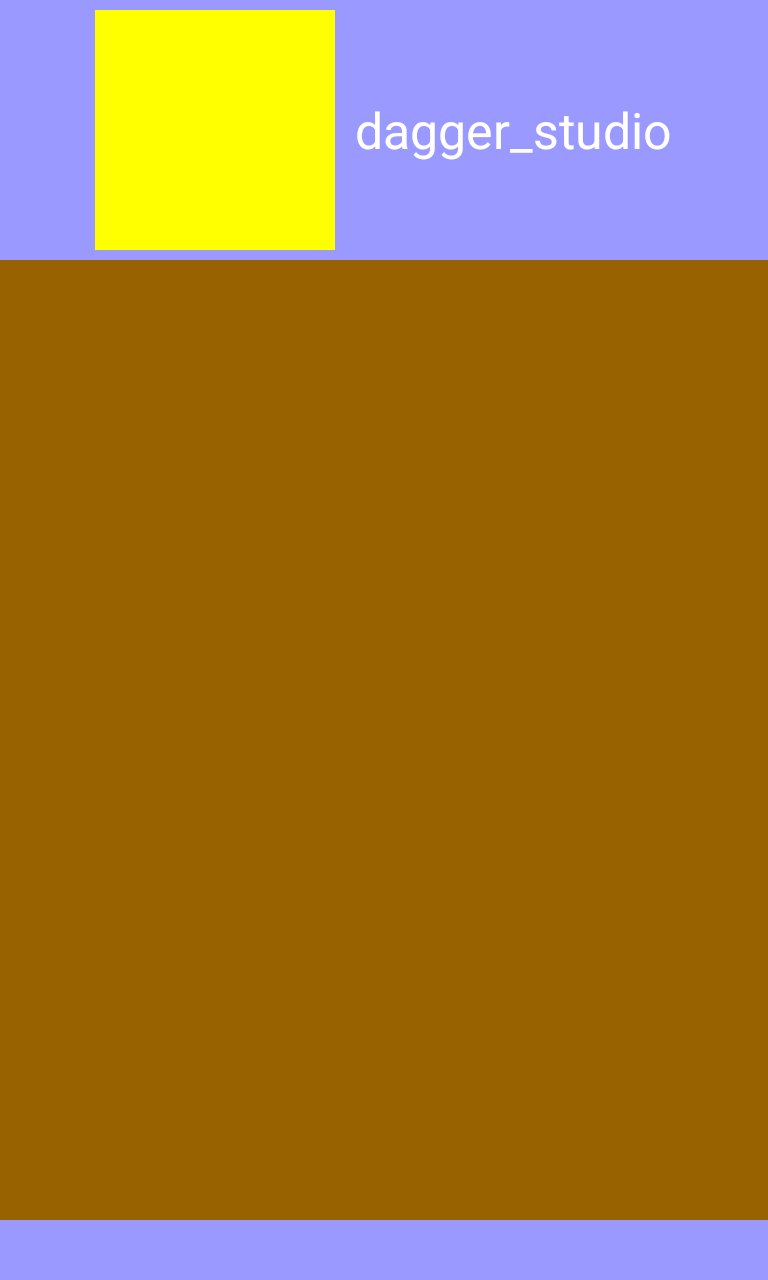
Repository: zhaoguoquan94/Purified
Layout: Android/Purified/res/layout/activity_main_drawer.xml
An editor plug-in stored every save of this project. The layout is shown before and after the next save, followed by the edit.
It is drawn on a 768 x 1280 px phone screen (xhdpi) without system bars, with theme android:Theme; the app's code is not run.

Above is the layout before, as saved 2014-06-30 23:44:56.

### Android/Purified/res/layout/activity_main_drawer.xml
<?xml version="1.0" encoding="utf-8"?>
<LinearLayout xmlns:android="http://schemas.android.com/apk/res/android"
    android:layout_width="match_parent"
    android:layout_height="match_parent"
    android:background="#9999FF"
    android:orientation="vertical" >

    <LinearLayout
        android:layout_width="wrap_content"
        android:layout_height = "130dp"
        android:id="@+id/drawer_header"
        android:layout_gravity="center"
        android:orientation="horizontal" >
        <ImageView
            android:layout_width="120dp"
            android:layout_height = "120dp"
            android:id="@+id/avatar_drawer"
            android:background="#FFFF00"
            android:layout_gravity="center"
            />
       <TextView
           android:layout_width="wrap_content"
           android:layout_height="wrap_content"
           android:id="@+id/username_drawer"
           android:text="dagger_studio"
           android:textSize="25sp"
           android:layout_marginLeft="10dp"
           android:textColor="#FFFFFF"
           android:layout_gravity="center"
           />
    </LinearLayout>
    <!-- 顶部的头像区 -->
    <!-- <ScrollView
        android:layout_width="wrap_content"
        android:layout_height="wrap_content"
        android:id="@+id/scroller_drawer"
        android:background="#0000FF"
        /> -->
    <LinearLayout
        android:layout_width="match_parent"
        android:layout_height="match_parent"
        android:id="@+id/scroller_drawer"
        android:orientation="horizontal"
        android:layout_marginBottom="30dp"
        android:background="#986200"
        ></LinearLayout>
    <!-- 中部滚动目录 -->
    <LinearLayout
        android:layout_width="match_parent"
        android:layout_height="30dp"
        android:background="#000000"
        android:orientation="horizontal"
        >
        <Button
            android:layout_width="30dp"
            android:layout_height="30dp"
            android:background="#FF0000"
            android:id="@+id/settingButton_drawer"
            android:layout_gravity="left"
            />

        <Button
            android:layout_width="30dp"
            android:layout_height="30dp"
            android:background="#00FF00"
            android:id="@+id/searchButton_drawer"
            android:layout_gravity="right"
            />
        <Button
            android:layout_width="30dp"
            android:layout_height="30dp"
            android:background="#0000FF"
            android:id="@+id/refreshButton_drawer"
            android:layout_gravity="right"
            />

    </LinearLayout>
	<!-- 底部控制元件横栏 -->
</LinearLayout>

After the next save:
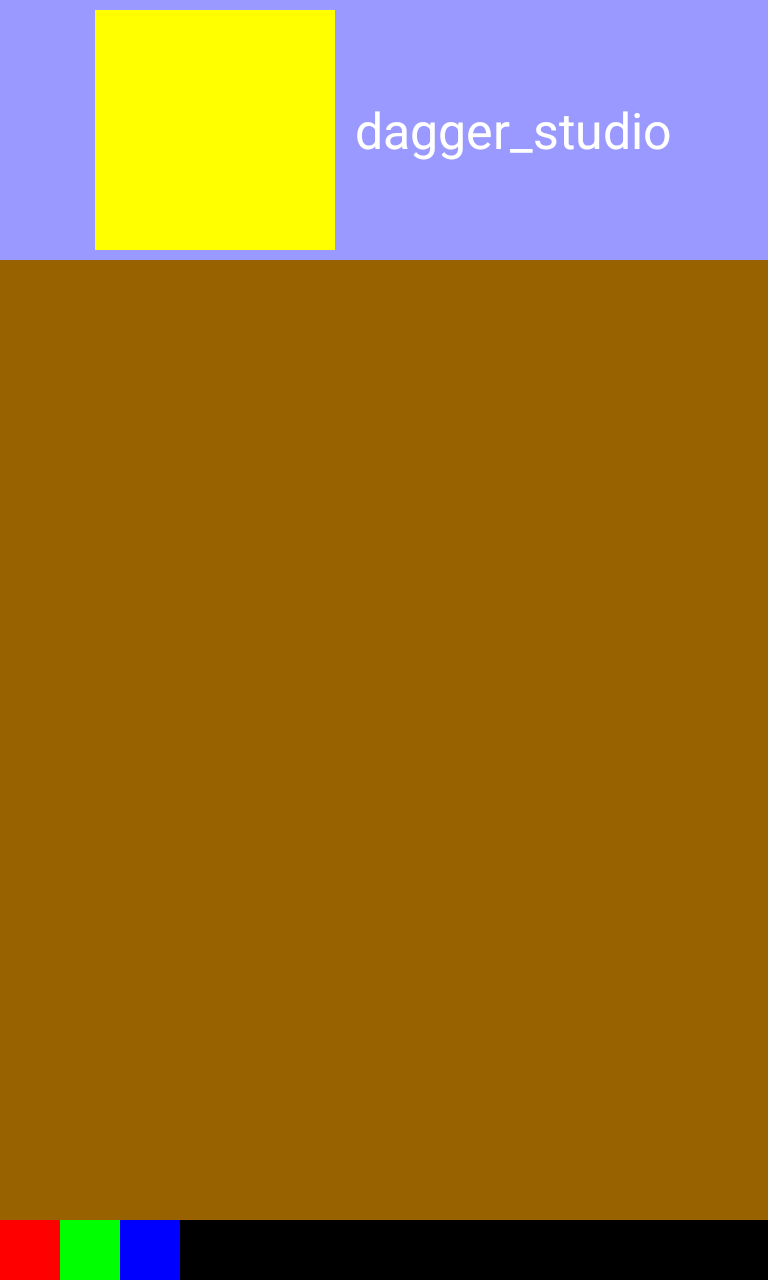
Saved 31 s later.
--- a/Android/Purified/res/layout/activity_main_drawer.xml
+++ b/Android/Purified/res/layout/activity_main_drawer.xml
@@ -6,74 +6,76 @@
     android:orientation="vertical" >
 
     <LinearLayout
+        android:id="@+id/drawer_header"
         android:layout_width="wrap_content"
-        android:layout_height = "130dp"
-        android:id="@+id/drawer_header"
+        android:layout_height="130dp"
         android:layout_gravity="center"
         android:orientation="horizontal" >
+
         <ImageView
+            android:id="@+id/avatar_drawer"
             android:layout_width="120dp"
-            android:layout_height = "120dp"
-            android:id="@+id/avatar_drawer"
-            android:background="#FFFF00"
+            android:layout_height="120dp"
             android:layout_gravity="center"
-            />
-       <TextView
-           android:layout_width="wrap_content"
-           android:layout_height="wrap_content"
-           android:id="@+id/username_drawer"
-           android:text="dagger_studio"
-           android:textSize="25sp"
-           android:layout_marginLeft="10dp"
-           android:textColor="#FFFFFF"
-           android:layout_gravity="center"
-           />
+            android:background="#FFFF00" />
+
+        <TextView
+            android:id="@+id/username_drawer"
+            android:layout_width="wrap_content"
+            android:layout_height="wrap_content"
+            android:layout_gravity="center"
+            android:layout_marginLeft="10dp"
+            android:text="dagger_studio"
+            android:textColor="#FFFFFF"
+            android:textSize="25sp" />
     </LinearLayout>
     <!-- 顶部的头像区 -->
-    <!-- <ScrollView
+    <!--
+         <ScrollView
         android:layout_width="wrap_content"
         android:layout_height="wrap_content"
         android:id="@+id/scroller_drawer"
         android:background="#0000FF"
-        /> -->
+        />
+    -->
+
     <LinearLayout
+        android:id="@+id/scroller_drawer"
         android:layout_width="match_parent"
-        android:layout_height="match_parent"
-        android:id="@+id/scroller_drawer"
-        android:orientation="horizontal"
-        android:layout_marginBottom="30dp"
+        android:layout_height="252dp"
+        android:layout_weight="0.44"
         android:background="#986200"
-        ></LinearLayout>
+        android:orientation="horizontal" >
+    </LinearLayout>
     <!-- 中部滚动目录 -->
+
     <LinearLayout
         android:layout_width="match_parent"
         android:layout_height="30dp"
         android:background="#000000"
-        android:orientation="horizontal"
-        >
+        android:orientation="horizontal" >
+
         <Button
+            android:id="@+id/settingButton_drawer"
             android:layout_width="30dp"
             android:layout_height="30dp"
-            android:background="#FF0000"
-            android:id="@+id/settingButton_drawer"
             android:layout_gravity="left"
-            />
+            android:background="#FF0000" />
 
         <Button
+            android:id="@+id/searchButton_drawer"
             android:layout_width="30dp"
             android:layout_height="30dp"
-            android:background="#00FF00"
-            android:id="@+id/searchButton_drawer"
             android:layout_gravity="right"
-            />
+            android:background="#00FF00" />
+
         <Button
+            android:id="@+id/refreshButton_drawer"
             android:layout_width="30dp"
             android:layout_height="30dp"
-            android:background="#0000FF"
-            android:id="@+id/refreshButton_drawer"
             android:layout_gravity="right"
-            />
+            android:background="#0000FF" />
+    </LinearLayout>
+    <!-- 底部控制元件横栏 -->
 
-    </LinearLayout>
-	<!-- 底部控制元件横栏 -->
 </LinearLayout>
